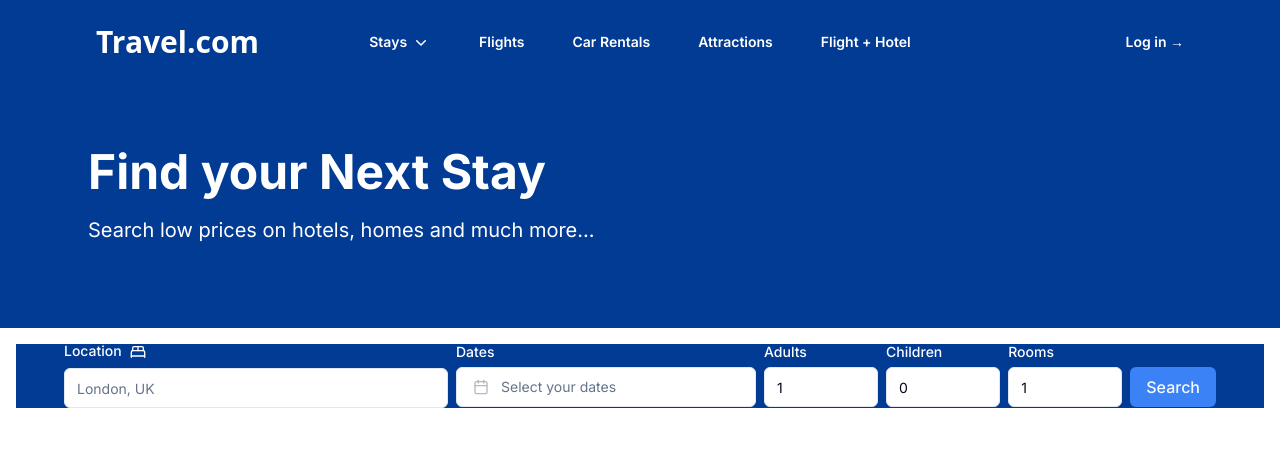
Repository: Qu4ntumGuy/booking
Page: /
The author's editor kept a copy of each file at every save. The page is drawn from the files as they stood at one save, then again after the next save.
The browser window is 1280 px wide. The pictures show the part of the page from y = 0 to 468 px (the page is 992 px tall before and 920 px after).
Pictures or frames that could not be fetched are drawn as grey boxes. The project was rebuilt for these pictures with package versions that can differ from the ones it lists, and the page was loaded fresh each time. The framework's server and built-in components were replaced by stand-ins that run in the browser. Also part of the build but not shown: next.config.mjs, components/ui/calendar.tsx.

Above is the page before, as saved 2024-07-03 15:54:16.

### app/layout.tsx
import type { Metadata } from "next";
import { Inter } from "next/font/google";
import "./globals.css";
import Header from "@/components/Header";

const inter = Inter({ subsets: ["latin"] });

export const metadata: Metadata = {
  title: "Travel-App",
  description: "Generated by create next app",
};

export default function RootLayout({
  children,
}: Readonly<{
  children: React.ReactNode;
}>) {
  return (
    <html lang="en">
      <body className={inter.className}>
      <Header />

        {children}</body>
    </html>
  );
}

### app/page.tsx
import Image from "next/image";
import { trending_data } from "@/data/trending";
import SearchForm from "@/components/SearchForm";

export default function Home() {
  return (
    <main className="">
      <section className="bg-[#013B94]">
        <div className="max-w-6xl mx-auto py-16 p-6">
          <h2 className="font-bold text-5xl text-white">Find your Next Stay</h2>
          <h3 className="text-white py-5 text-xl">
            Search low prices on hotels, homes and much more...
          </h3>
        </div>
      </section>

      <section className="md:m-4 bg-[#013B94] p-3 md:p-0 mb-0 -mt-10 px-2 lg:px-4">
        <SearchForm />
      </section>
      <section className="mx-auto mb-10 max-w-6xl p-6 bg-white rounded-t-lg">
        <div className="pt-5">
          <h3 className="text-xl font-bold">Trending Destinations</h3>
          <p className="font-light">
            Most popular choices for travellers from around the world
          </p>
        </div>

        <div className="flex space-x-4 py-5 overflow-x-scroll">
          {trending_data.map((item) => (
            <div key={item.id} className="space-y-1 shrink-0 cursor-pointer">
              <img
                key={item.id}
                className="w-80 h-72 object-cover rounded-lg pb-2"
                src={item.src}
                alt=""
              />

              <p className="font-bold">{item.title}</p>
              <p className="">{item.location}</p>
              <p className="font-light text-sm">{item.description}</p>
            </div>
          ))}
        </div>
      </section>
    </main>
  );
}

### data/trending.ts
export const trending_data = [
    {
      id: 1,
      src: "https://r-xx.bstatic.com/xdata/images/city/526x420/977220.jpg?k=ee4b7b42c35b8cbf09c8ddb7630092b40cd706fec153c41904ed6e252a883938&o=",
      title: "Dubai",
      location: "United Arab Emirates",
      description: "15 Deals",
    },
    {
      id: 2,
      src: "https://cf.bstatic.com/xdata/images/xphoto/540x405/288594543.webp?k=7a96a2b4190146f63068bd0604a916c0c885c4899a527e24a9b39487d4ae50b8&o=",
      title: "South Korea",
      location: "Asia",
      description: "32 Deals",
    },
    {
      id: 3,
      src: "https://cf.bstatic.com/xdata/images/xphoto/540x405/289320924.webp?k=99a00f2907495aaeb6396695c053e3d8b95fb05619b10e76c89fb1f7d1fec427&o=",
      title: "London",
      location: "United Kingdom",
      description: "45 Deals",
    },
    {
      id: 4,
      src: "https://cf.bstatic.com/xdata/images/xphoto/540x405/290483794.webp?k=916f7bac0ccdb08efcb269ad29cc10816ab66cd1671359066d23d32fb17b5c39&o=",
      title: "Singapore",
      location: "Asia",
      description: "88 Deals",
    },
    {
      id: 5,
      src: "https://cf.bstatic.com/xdata/images/xphoto/540x405/173724501.webp?k=5e8a2353c6cd4efef3c5f992ea36d65598c52f2662d45cedc460d1a6a759109f&o=",
      title: "New York City",
      location: "United States of America",
      description: "92 Deals",
    },
  ];

### components/SearchForm.tsx
"use client";
import { useRouter } from "next/navigation";
import { useForm } from "react-hook-form";
import { zodResolver } from "@hookform/resolvers/zod";
import * as z from "zod";
import { Button } from "@/components/ui/button";
import { BedDoubleIcon, CalendarIcon } from "lucide-react";
import { Popover, PopoverContent, PopoverTrigger } from "./ui/popover";
import { format } from "date-fns";
import {
  Form,
  FormControl,
  FormDescription,
  FormField,
  FormItem,
  FormLabel,
  FormMessage,
} from "@/components/ui/form";
import { Input } from "@/components/ui/input";
import { Calendar } from "./ui/calendar";
import { cn } from "@/lib/utils";

export const formSchema = z.object({
  location: z.string().min(2).max(50),
  dates: z.object({
    from: z.date(),
    to: z.date(),
  }),
  adults: z
    .string()
    .min(1, {
      message: "Please select at least 1 adult",
    })
    .max(12, { message: "Max 12 adults Occupancy" }),
  children: z.string().min(0).max(12, {
    message: "Max 12 children Occupancy",
  }),
  rooms: z.string().min(1, {
    message: "Please select at least 1 room",
  }),
});

function SearchForm() {
  const router = useRouter();
  const form = useForm<z.infer<typeof formSchema>>({
    resolver: zodResolver(formSchema),
    defaultValues: {
      location: "",
      dates: {
        from: undefined,
        to: undefined,
      },
      adults: "1",
      children: "0",
      rooms: "1",
    },
  });

  function onSubmit(data: z.infer<typeof formSchema>) {
    console.log(data);
  }

  return (
    <Form {...form}>
      <form
        onSubmit={form.handleSubmit(onSubmit)}
        className="flex flex-col lg:flex-row lg:max-w-6xl lg:mx-auto items-center justify-center space-x-0 lg:space-x-2 space-y-4 lg:space-y-0 rounded-lg"
      >
        <div className="grid w-full lg:max-w-sm items-center gap-1.5">
          <FormField
            control={form.control}
            name="location"
            render={({ field }) => (
              <FormItem>
                <FormLabel className="text-white flex">
                  Location
                  <BedDoubleIcon className="ml-2 h-4 w-4 text-white" />
                </FormLabel>
                <FormMessage />

                <FormControl>
                  <Input placeholder="London, UK" {...field} />
                </FormControl>
              </FormItem>
            )}
          />
        </div>

        <div className="grid w-full lg:max-w-sm flex-1 items-center gap-1.5">
          <FormField
            control={form.control}
            name="dates"
            render={({ field }) => (
              <FormItem className="flex flex-col">
                <FormLabel className="text-white">Dates</FormLabel>
                <FormMessage />

                <Popover>
                  <PopoverTrigger asChild>
                    <FormControl>
                      <Button
                        id="date"
                        name="dates"
                        variant={"outline"}
                        className={cn(
                          "w-full lg:w-[300px] justify-start text-left font-normal",
                          !field.value.from && "text-muted-foreground"
                        )}
                      >
                        <CalendarIcon className="mr-3 h-4 w-4 opacity-50" />
                        {field.value?.from ? (
                          field.value?.to ? (
                            <>
                              {format(field.value?.from, "LLL dd, y")} -{" "}
                              {format(field.value?.to, "LLL dd, y")}
                            </>
                          ) : (
                            format(field.value?.from, "LLL dd, y")
                          )
                        ) : (
                          <span>Select your dates</span>
                        )}
                      </Button>
                    </FormControl>
                  </PopoverTrigger>
                  <PopoverContent className="w-auto p-0" align="start">
                    <Calendar
                      initialFocus
                      mode="range"
                      selected={field.value}
                      defaultMonth={field.value.from}
                      onSelect={field.onChange}
                      numberOfMonths={2}
                      disabled={(date) =>
                        date < new Date(new Date().setHours(0, 0, 0, 0))
                      }
                    />
                  </PopoverContent>
                </Popover>
              </FormItem>
            )}
          />
        </div>
        <div className="flex w-full items-center space-x-2">
          <div className="grid items-center flex-1">
            <FormField
              control={form.control}
              name="adults"
              render={({ field }) => (
                <FormItem className="flex flex-col">
                  <FormLabel className="text-white">Adults</FormLabel>
                  <FormMessage />
                  <FormControl>
                    <Input type="number" placeholder="Adults" {...field} />
                  </FormControl>
                </FormItem>
              )}
            />
          </div>

          <div className="grid items-center flex-1">
            <FormField
              control={form.control}
              name="children"
              render={({ field }) => (
                <FormItem className="flex flex-col">
                  <FormLabel className="text-white">Children</FormLabel>
                  <FormMessage />
                  <FormControl>
                    <Input type="number" placeholder="Children" {...field} />
                  </FormControl>
                </FormItem>
              )}
            />
          </div>

          <div className="grid items-center flex-1">
            <FormField
              control={form.control}
              name="rooms"
              render={({ field }) => (
                <FormItem className="flex flex-col">
                  <FormLabel className="text-white">Rooms</FormLabel>
                  <FormMessage />
                  <FormControl>
                    <Input type="number" placeholder="rooms" {...field} />
                  </FormControl>
                </FormItem>
              )}
            />
          </div>

          <div className="mt-auto">
            <Button type="submit" className="bg-blue-500 text-base">
              Search
            </Button>
          </div>
        </div>
      </form>
    </Form>
  );
}

export default SearchForm;

### components/ui/button.tsx
import * as React from "react"
import { Slot } from "@radix-ui/react-slot"
import { cva, type VariantProps } from "class-variance-authority"

import { cn } from "@/lib/utils"

const buttonVariants = cva(
  "inline-flex items-center justify-center whitespace-nowrap rounded-md text-sm font-medium ring-offset-background transition-colors focus-visible:outline-none focus-visible:ring-2 focus-visible:ring-ring focus-visible:ring-offset-2 disabled:pointer-events-none disabled:opacity-50",
  {
    variants: {
      variant: {
        default: "bg-primary text-primary-foreground hover:bg-primary/90",
        destructive:
          "bg-destructive text-destructive-foreground hover:bg-destructive/90",
        outline:
          "border border-input bg-background hover:bg-accent hover:text-accent-foreground",
        secondary:
          "bg-secondary text-secondary-foreground hover:bg-secondary/80",
        ghost: "hover:bg-accent hover:text-accent-foreground",
        link: "text-primary underline-offset-4 hover:underline",
      },
      size: {
        default: "h-10 px-4 py-2",
        sm: "h-9 rounded-md px-3",
        lg: "h-11 rounded-md px-8",
        icon: "h-10 w-10",
      },
    },
    defaultVariants: {
      variant: "default",
      size: "default",
    },
  }
)

export interface ButtonProps
  extends React.ButtonHTMLAttributes<HTMLButtonElement>,
    VariantProps<typeof buttonVariants> {
  asChild?: boolean
}

const Button = React.forwardRef<HTMLButtonElement, ButtonProps>(
  ({ className, variant, size, asChild = false, ...props }, ref) => {
    const Comp = asChild ? Slot : "button"
    return (
      <Comp
        className={cn(buttonVariants({ variant, size, className }))}
        ref={ref}
        {...props}
      />
    )
  }
)
Button.displayName = "Button"

export { Button, buttonVariants }

### components/ui/popover.tsx
"use client"

import * as React from "react"
import * as PopoverPrimitive from "@radix-ui/react-popover"

import { cn } from "@/lib/utils"

const Popover = PopoverPrimitive.Root

const PopoverTrigger = PopoverPrimitive.Trigger

const PopoverContent = React.forwardRef<
  React.ElementRef<typeof PopoverPrimitive.Content>,
  React.ComponentPropsWithoutRef<typeof PopoverPrimitive.Content>
>(({ className, align = "center", sideOffset = 4, ...props }, ref) => (
  <PopoverPrimitive.Portal>
    <PopoverPrimitive.Content
      ref={ref}
      align={align}
      sideOffset={sideOffset}
      className={cn(
        "z-50 w-72 rounded-md border bg-popover p-4 text-popover-foreground shadow-md outline-none data-[state=open]:animate-in data-[state=closed]:animate-out data-[state=closed]:fade-out-0 data-[state=open]:fade-in-0 data-[state=closed]:zoom-out-95 data-[state=open]:zoom-in-95 data-[side=bottom]:slide-in-from-top-2 data-[side=left]:slide-in-from-right-2 data-[side=right]:slide-in-from-left-2 data-[side=top]:slide-in-from-bottom-2",
        className
      )}
      {...props}
    />
  </PopoverPrimitive.Portal>
))
PopoverContent.displayName = PopoverPrimitive.Content.displayName

export { Popover, PopoverTrigger, PopoverContent }

### components/ui/form.tsx
import * as React from "react"
import * as LabelPrimitive from "@radix-ui/react-label"
import { Slot } from "@radix-ui/react-slot"
import {
  Controller,
  ControllerProps,
  FieldPath,
  FieldValues,
  FormProvider,
  useFormContext,
} from "react-hook-form"

import { cn } from "@/lib/utils"
import { Label } from "@/components/ui/label"

const Form = FormProvider

type FormFieldContextValue<
  TFieldValues extends FieldValues = FieldValues,
  TName extends FieldPath<TFieldValues> = FieldPath<TFieldValues>
> = {
  name: TName
}

const FormFieldContext = React.createContext<FormFieldContextValue>(
  {} as FormFieldContextValue
)

const FormField = <
  TFieldValues extends FieldValues = FieldValues,
  TName extends FieldPath<TFieldValues> = FieldPath<TFieldValues>
>({
  ...props
}: ControllerProps<TFieldValues, TName>) => {
  return (
    <FormFieldContext.Provider value={{ name: props.name }}>
      <Controller {...props} />
    </FormFieldContext.Provider>
  )
}

const useFormField = () => {
  const fieldContext = React.useContext(FormFieldContext)
  const itemContext = React.useContext(FormItemContext)
  const { getFieldState, formState } = useFormContext()

  const fieldState = getFieldState(fieldContext.name, formState)

  if (!fieldContext) {
    throw new Error("useFormField should be used within <FormField>")
  }

  const { id } = itemContext

  return {
    id,
    name: fieldContext.name,
    formItemId: `${id}-form-item`,
    formDescriptionId: `${id}-form-item-description`,
    formMessageId: `${id}-form-item-message`,
    ...fieldState,
  }
}

type FormItemContextValue = {
  id: string
}

const FormItemContext = React.createContext<FormItemContextValue>(
  {} as FormItemContextValue
)

const FormItem = React.forwardRef<
  HTMLDivElement,
  React.HTMLAttributes<HTMLDivElement>
>(({ className, ...props }, ref) => {
  const id = React.useId()

  return (
    <FormItemContext.Provider value={{ id }}>
      <div ref={ref} className={cn("space-y-2", className)} {...props} />
    </FormItemContext.Provider>
  )
})
FormItem.displayName = "FormItem"

const FormLabel = React.forwardRef<
  React.ElementRef<typeof LabelPrimitive.Root>,
  React.ComponentPropsWithoutRef<typeof LabelPrimitive.Root>
>(({ className, ...props }, ref) => {
  const { error, formItemId } = useFormField()

  return (
    <Label
      ref={ref}
      className={cn(error && "text-destructive", className)}
      htmlFor={formItemId}
      {...props}
    />
  )
})
FormLabel.displayName = "FormLabel"

const FormControl = React.forwardRef<
  React.ElementRef<typeof Slot>,
  React.ComponentPropsWithoutRef<typeof Slot>
>(({ ...props }, ref) => {
  const { error, formItemId, formDescriptionId, formMessageId } = useFormField()

  return (
    <Slot
      ref={ref}
      id={formItemId}
      aria-describedby={
        !error
          ? `${formDescriptionId}`
          : `${formDescriptionId} ${formMessageId}`
      }
      aria-invalid={!!error}
      {...props}
    />
  )
})
FormControl.displayName = "FormControl"

const FormDescription = React.forwardRef<
  HTMLParagraphElement,
  React.HTMLAttributes<HTMLParagraphElement>
>(({ className, ...props }, ref) => {
  const { formDescriptionId } = useFormField()

  return (
    <p
      ref={ref}
      id={formDescriptionId}
      className={cn("text-sm text-muted-foreground", className)}
      {...props}
    />
  )
})
FormDescription.displayName = "FormDescription"

const FormMessage = React.forwardRef<
  HTMLParagraphElement,
  React.HTMLAttributes<HTMLParagraphElement>
>(({ className, children, ...props }, ref) => {
  const { error, formMessageId } = useFormField()
  const body = error ? String(error?.message) : children

  if (!body) {
    return null
  }

  return (
    <p
      ref={ref}
      id={formMessageId}
      className={cn("text-sm font-medium text-destructive", className)}
      {...props}
    >
      {body}
    </p>
  )
})
FormMessage.displayName = "FormMessage"

export {
  useFormField,
  Form,
  FormItem,
  FormLabel,
  FormControl,
  FormDescription,
  FormMessage,
  FormField,
}

### components/ui/input.tsx
import * as React from "react"

import { cn } from "@/lib/utils"

export interface InputProps
  extends React.InputHTMLAttributes<HTMLInputElement> {}

const Input = React.forwardRef<HTMLInputElement, InputProps>(
  ({ className, type, ...props }, ref) => {
    return (
      <input
        type={type}
        className={cn(
          "flex h-10 w-full rounded-md border border-input bg-background px-3 py-2 text-sm ring-offset-background file:border-0 file:bg-transparent file:text-sm file:font-medium placeholder:text-muted-foreground focus-visible:outline-none focus-visible:ring-2 focus-visible:ring-ring focus-visible:ring-offset-2 disabled:cursor-not-allowed disabled:opacity-50",
          className
        )}
        ref={ref}
        {...props}
      />
    )
  }
)
Input.displayName = "Input"

export { Input }

### components/ui/label.tsx
"use client"

import * as React from "react"
import * as LabelPrimitive from "@radix-ui/react-label"
import { cva, type VariantProps } from "class-variance-authority"

import { cn } from "@/lib/utils"

const labelVariants = cva(
  "text-sm font-medium leading-none peer-disabled:cursor-not-allowed peer-disabled:opacity-70"
)

const Label = React.forwardRef<
  React.ElementRef<typeof LabelPrimitive.Root>,
  React.ComponentPropsWithoutRef<typeof LabelPrimitive.Root> &
    VariantProps<typeof labelVariants>
>(({ className, ...props }, ref) => (
  <LabelPrimitive.Root
    ref={ref}
    className={cn(labelVariants(), className)}
    {...props}
  />
))
Label.displayName = LabelPrimitive.Root.displayName

export { Label }

Loaded but not shown: app/globals.css (common file); lib/utils.ts (common file); tailwind.config.ts (common file); components/Header.tsx (267 lines, source omitted)

After the next save:
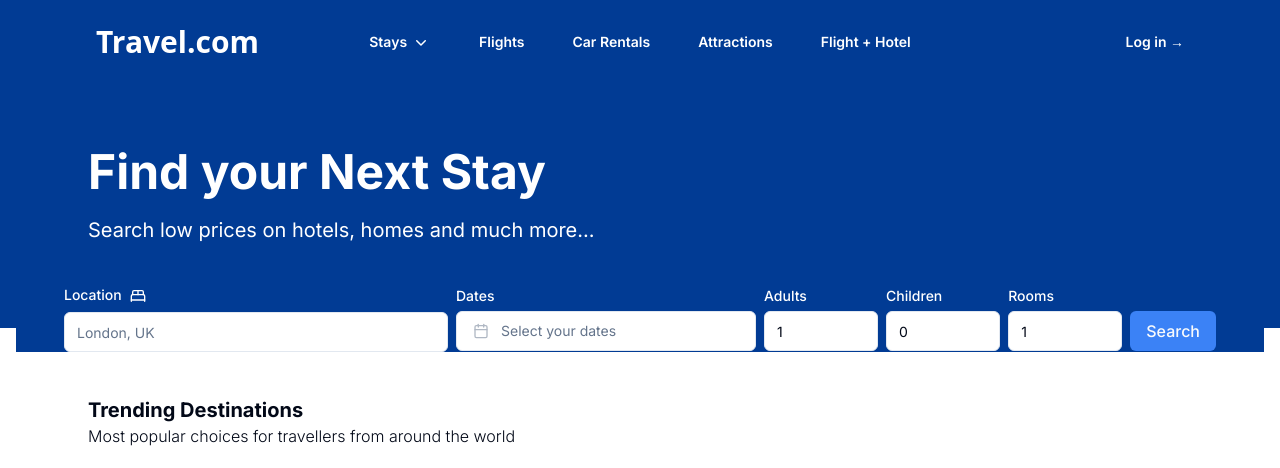
Saved 27 s later.
--- a/app/page.tsx
+++ b/app/page.tsx
@@ -14,7 +14,7 @@
         </div>
       </section>
 
-      <section className="md:m-4 bg-[#013B94] p-3 md:p-0 mb-0 -mt-10 px-2 lg:px-4">
+      <section className="m-4 bg-[#013B94] mb-0 -mt-10 px-2 lg:px-4">
         <SearchForm />
       </section>
       <section className="mx-auto mb-10 max-w-6xl p-6 bg-white rounded-t-lg">

After the save that followed:
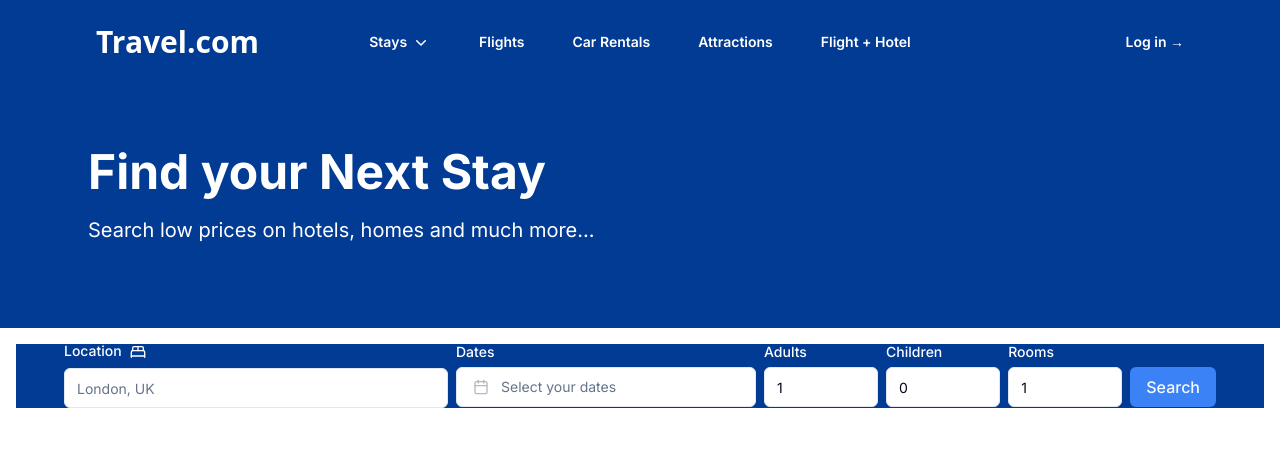
Saved 12 s later.
--- a/app/page.tsx
+++ b/app/page.tsx
@@ -14,7 +14,7 @@
         </div>
       </section>
 
-      <section className="m-4 bg-[#013B94] mb-0 -mt-10 px-2 lg:px-4">
+      <section className="md:m-4 bg-[#013B94] mb-0 -mt-10 px-2 lg:px-4">
         <SearchForm />
       </section>
       <section className="mx-auto mb-10 max-w-6xl p-6 bg-white rounded-t-lg">
